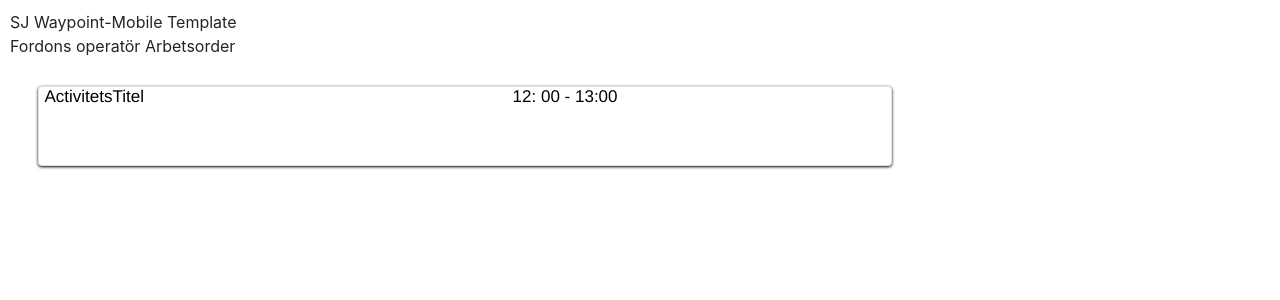
Repository: AdrianaLarsson/yarn-next-typescript
Page: /
An editor plug-in stored every save of this project. The page is shown before and after a run of saves, followed by the edit.
The browser window is 1280 px wide. The pictures show the whole page.
The project was rebuilt for these pictures with package versions that can differ from the ones it lists, and the page was loaded fresh each time. The framework's server and built-in components were replaced by stand-ins that run in the browser.

Above is the page before, as saved 2021-03-01 08:04:29.

After the next 7 saves:
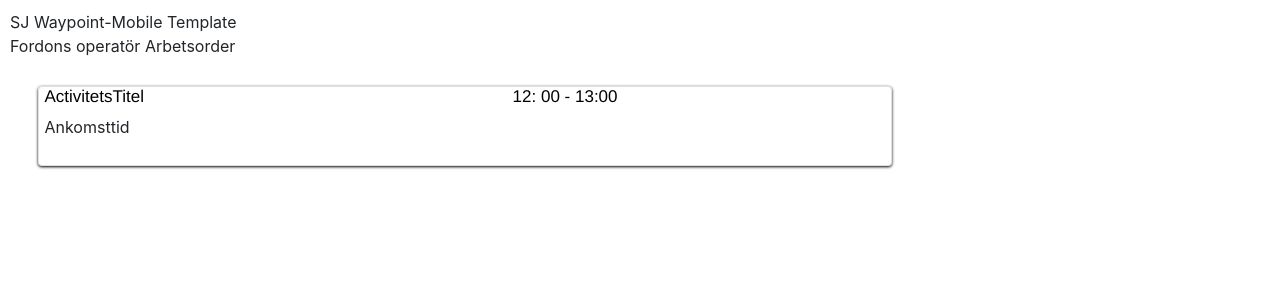
The 7 saves are shown as one change because they came seconds apart.
The last was saved 16 s later.
--- a/components/WorkOrderVehicleOperator/vehicleopreator.tsx
+++ b/components/WorkOrderVehicleOperator/vehicleopreator.tsx
@@ -25,6 +25,7 @@ function vehicleOpreator() {
           <B4>ActivitetsTitel</B4>
           <B4 style={{ fontSize: "17px" }}>12: 00 - 13:00</B4>
         </GridTitle>
+        Ankomsttid
        {/*  <GridBody>
         <H2>Ankomsttid</H2>
         <H2>Avgångstid</H2>
